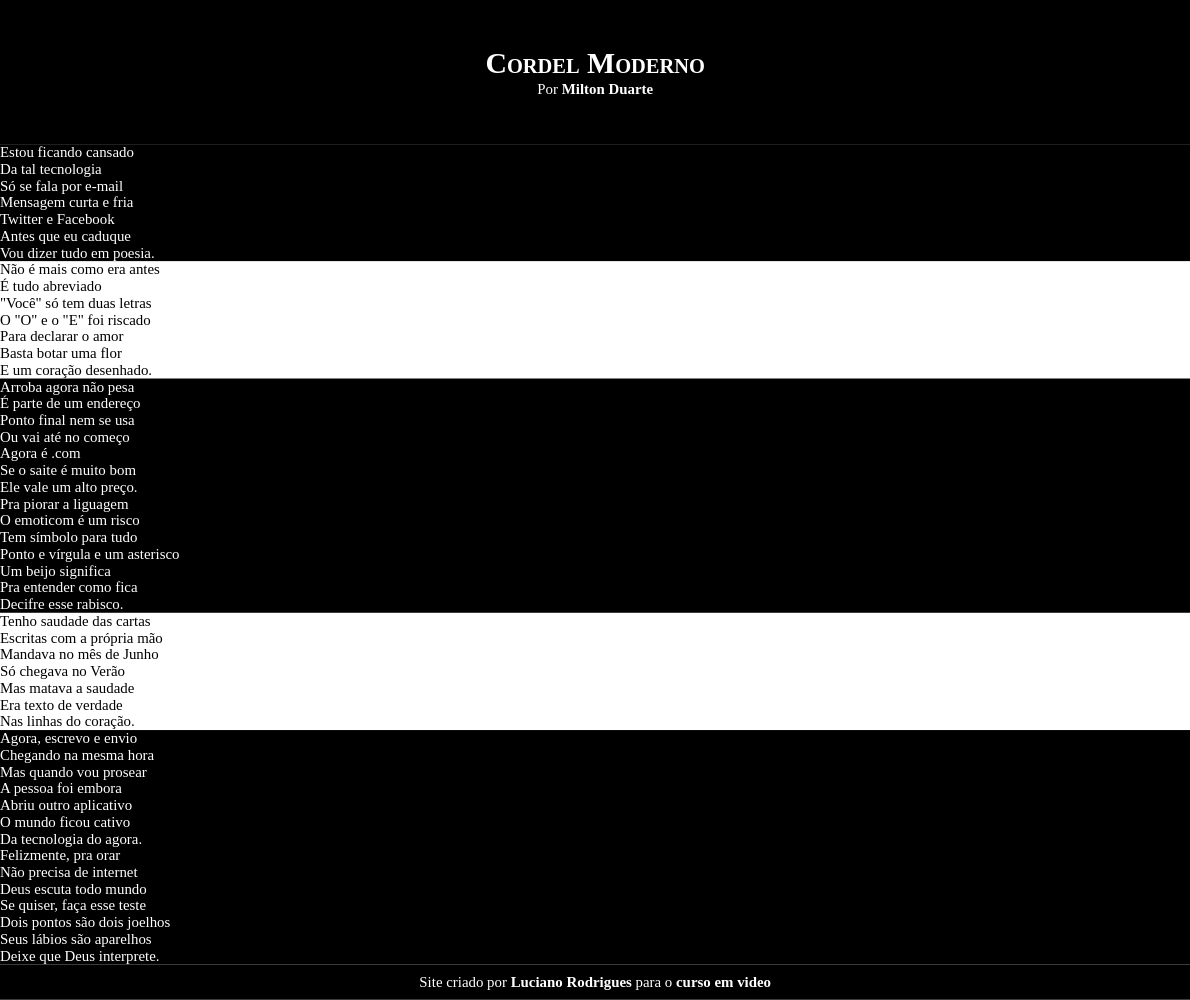
Repository: Lucianorodriguesdev/cursoHTML-CSS
Page: dasafios/index.html
These files come from the project's save history. The page is drawn as it stood at one moment and after the next save; the edit follows.
The browser window is 1280 px wide. The pictures show the whole page, at 93% of full size.

Above is the page before, as saved 2026-06-17 09:32:03.

### dasafios/index.html
<!DOCTYPE html>
<html lang="pt-br">
<head>
    <meta charset="UTF-8">
    <meta name="viewport" content="width=device-width, initial-scale=1.0">
    <title>Cordel Moderno</title>
    <link rel="stylesheet" href="estilo/style.css">
</head>
<body>
    <header>
        <h1>Cordel Moderno</h1>
        <p>Por <a href="https://www.recantodasletras.com.br/poesias/3186743" target="_blank">Milton Duarte</a></p>

    </header>
    <section class="normal">
        <p>
            Estou ficando cansado<br>
            Da tal tecnologia<br>
            Só se fala por e-mail<br>
            Mensagem curta e fria<br>
            Twitter e Facebook<br>
            Antes que eu caduque<br>
            Vou dizer tudo em poesia.
        </p>
    </section>



    <section class="imagem">
        <p>
            Não é mais como era antes<br>
            É tudo abreviado<br>
            "Você" só tem duas letras<br>
            O "O" e o "E" foi riscado<br>
            Para declarar o amor<br>
            Basta botar uma flor<br>
            E um coração desenhado.
        </p>
    </section>



    <section class="normal">
        <p>
            Arroba agora não pesa<br>
            É parte de um endereço<br>
            Ponto final nem se usa<br>
            Ou vai até no começo<br>
            Agora é .com<br>
            Se o saite é muito bom<br>
            Ele vale um alto preço.
        </p>

        <p>
            Pra piorar a liguagem<br>
            O emoticom é um risco<br>
            Tem símbolo para tudo<br>
            Ponto e vírgula e um asterisco<br>
            Um beijo significa<br>
            Pra entender como fica<br>
            Decifre esse rabisco.
        </p>
    </section>



    <section class="imagem">
        <p>
            Tenho saudade das cartas<br>
            Escritas com a própria mão<br>
            Mandava no mês de Junho<br>
            Só chegava no Verão<br>
            Mas matava a saudade<br>
            Era texto de verdade<br>
            Nas linhas do coração.
        </p>
    </section>



    <section class="normal">
        <p>
            Agora, escrevo e envio<br>
            Chegando na mesma hora<br>
            Mas quando vou prosear<br>
            A pessoa foi embora<br>
            Abriu outro aplicativo<br>
            O mundo ficou cativo<br>
            Da tecnologia do agora.
        </p>

        <p>
            Felizmente, pra orar<br>
            Não precisa de internet<br>
            Deus escuta todo mundo<br>
            Se quiser, faça esse teste<br>
            Dois pontos são dois joelhos<br>
            Seus lábios são aparelhos<br>
            Deixe que Deus interprete.
        </p>
    </section>
    <footer>
        <p>Site criado por <a href="https://github.com/Lucianorodriguesdev" target="_blank">Luciano Rodrigues</a> para o <a href="www.cursoemvideo.com" target="_blank">curso em video</a></p>
    </footer>

</body>
</html>

### dasafios/estilo/style.css
@charset_"UTF-8";

*{
    margin: 0px;
    padding: 0px;
}
body{
    min-height: 100vh;
    background-color: aliceblue;
}
header{
    background-color: black;

    text-align: center;
}
header> h1{
    color: white;
    padding-top: 50px;
    font-variant: small-caps;

}
header>p{
    padding-bottom: 50px;
    color: white;
}
section.normal{
    background-color: black;
    color: white;
}
section.imagem{
    background-color: white;
    color: black;
}
header a, footer a{
    color:white;
    text-decoration: none;
    font-weight: bolder;
}
header a:hover, footer a:hover{
    text-decoration: underline;
}
footer{
    background-color: black;
    text-align: center;
    color:white;
    padding: 10px;

}

After the next save:
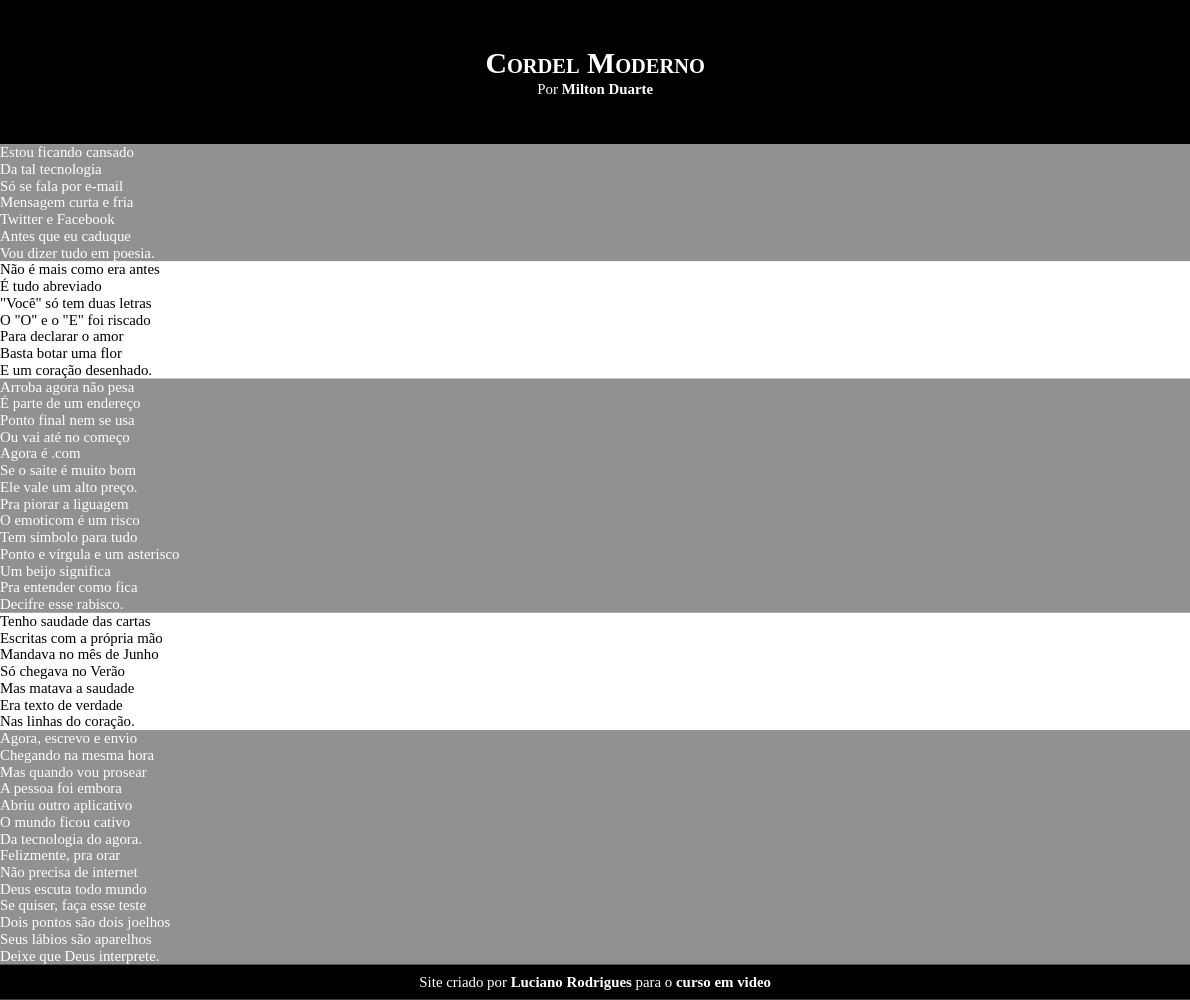
Saved 28 s later.
--- a/dasafios/estilo/style.css
+++ b/dasafios/estilo/style.css
@@ -24,7 +24,7 @@ header>p{
     color: white;
 }
 section.normal{
-    background-color: black;
+    background-color: rgba(123, 121, 121, 0.803);
     color: white;
 }
 section.imagem{
